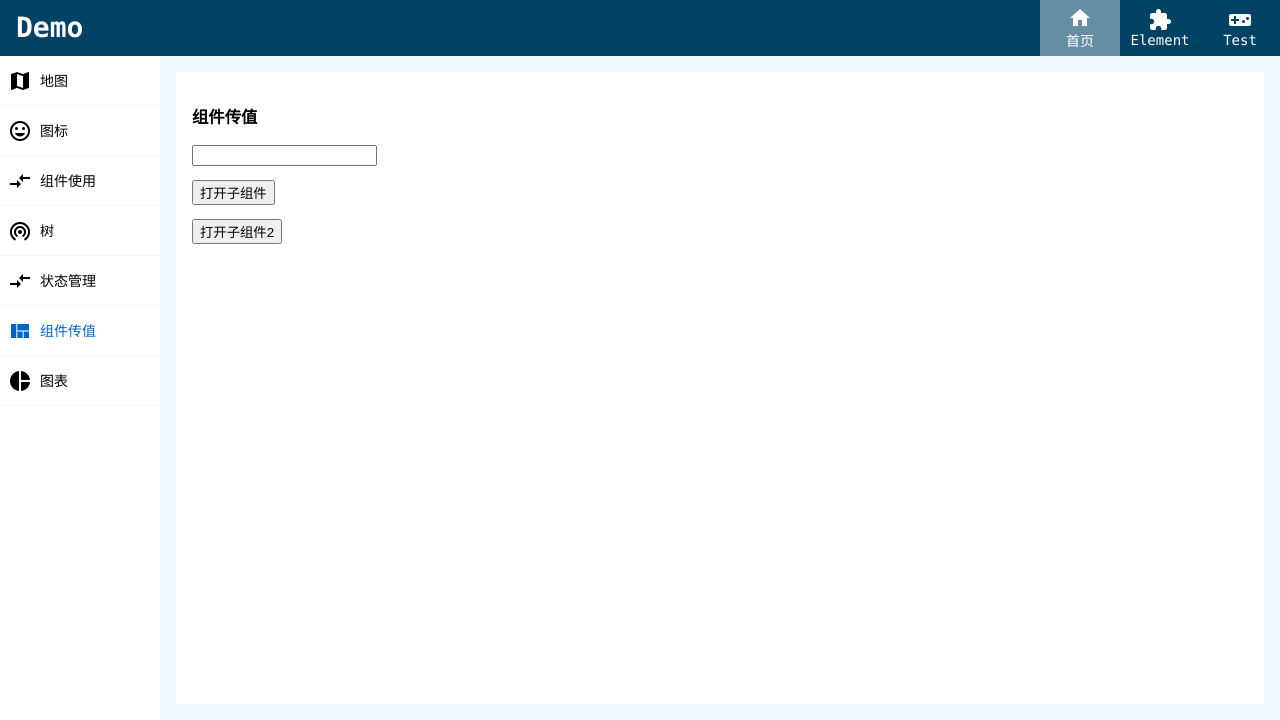
Repository: zh-webliker/element-vue
Page: /Main/Deliver
An editor plug-in stored every save of this project. The page is shown before and after the next save, followed by the edit.
The browser window is 1280 px wide. The pictures show the whole page.
The project was rebuilt for these pictures with package versions that can differ from the ones it lists, and the page was loaded fresh each time. Also part of the build but not shown: vue.config.js, src/components/deliverChild.vue. Imported but missing from the stored project, and not drawn on this page: src/json/contour, src/json/hl.

Above is the page before, as saved 2020-08-21 15:19:30.

After the next save:
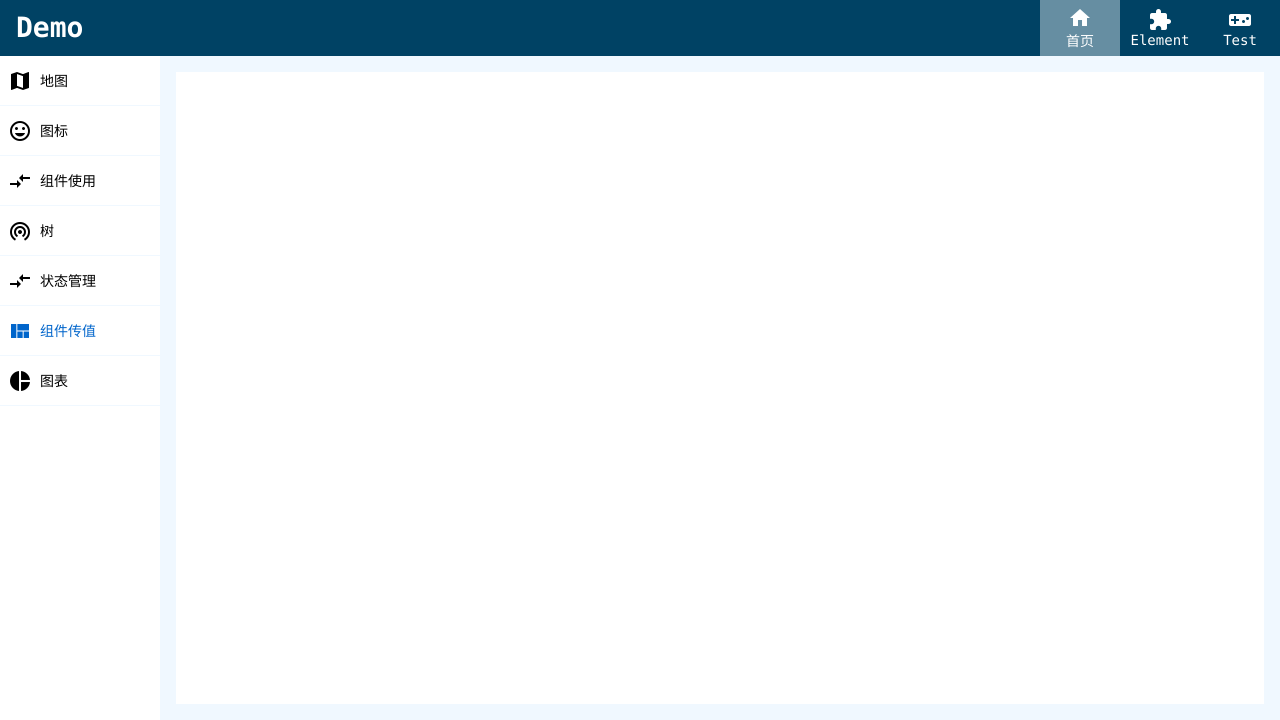
Saved 2 days later.
--- a/src/views/main/Deliver.vue
+++ b/src/views/main/Deliver.vue
@@ -1,76 +1,16 @@
 <template>
   <div>
-    <h3>组件传值</h3>
-
-    <p><input type="text" v-model="text" title="text" /></p>
-
-
-    <!--
-      :title为传值，与组件中props中对应
-      ref 为引用，引号内是自定义别名
-      {{text}}对应组件中的<slot>标签
-     -->
-    <deliver-modal
-            :title="title"
-            ref="deliverModal">
-      {{text}}
-    </deliver-modal>
-
-    <!--可以使用$refs.alias 调用定义了ref的子组件中的method 和 data-->
-    <p>
-      <button @click="$refs.deliverModal.showModal()">打开子组件</button>
-    </p>
-    <p>
-      <button @click="dialogVisible = true">打开子组件2</button>
-    </p>
-    <el-dialog
-      title="提示"
-      :visible.sync="dialogVisible"
-      width="30%"
-      :before-close="handleClose">
-      <deliverChild @submitForm='submitForm'></deliverChild>
-      <span slot="footer" class="dialog-footer">
-        <el-button @click="dialogVisible = false">取 消</el-button>
-        <el-button type="primary" @click="submit">确 定</el-button>
-      </span>
-    </el-dialog>
   </div>
 </template>
 
 <script>
-  import DeliverModal from "../../components/DeliverModal";
-  import deliverChild from '../../components/deliverChild'
   export default {
     name: "Deliver",
-    components: {
-      DeliverModal,
-      deliverChild
-    },
     data(){
       return {
-        text: "",
-        title: "弹窗标题",
-        dialogVisible: false,
-        form: {
-          a: ''
-        }
       }
     },
     methods: {
-      dataRefresh(){
-        this.text = "";
-        alert("data refreshed");
-      },
-      showModal2 () {
-
-      },
-      handleClose () {
-        this.dialogVisible = false
-      },
-      submit () {},
-      submitForm (e) {
-        console.log(e)
-      }
     },
   }
 </script>
